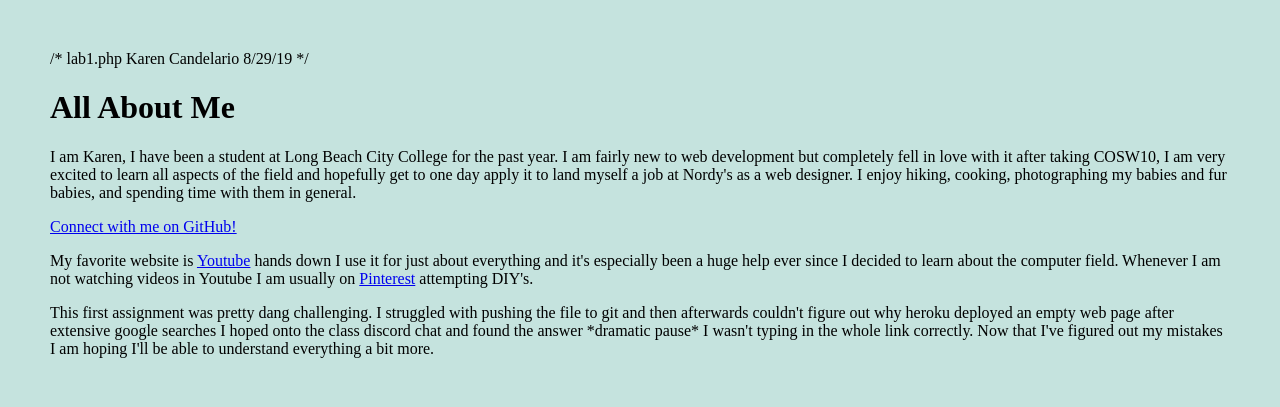
Repository: lilliebee/COSW30
Page: http://localhost/labwork/lab1.php
The author's editor kept a record of every edit. The page is drawn from the files as they stood at one moment, then again after the next edit.
The browser window is 1280 px wide. The pictures show the whole page.
The page is run by PHP 8.4 with error messages shown; the project is at /var/www/html/.

Above is the page before.

### labwork/lab1.php
<!DOCTYPE html>
<html>
    <head>
        <title>Labwork 1:Hello World</title>
        /* lab1.php
        Karen Candelario
        8/29/19 */

        <style type="text/css">
            body {
                background-color:#c5e3de;
                font: Arial;
                margin:50px;

            }
        </style>
    </head>
    <body>

        <h1>All About Me</h1>
        <p>I am Karen, I have been a student at Long Beach City College for the past year. I am fairly new to web development but completely fell in love with it after taking COSW10, I am very excited to learn all aspects of the field and hopefully get to one day apply it to land myself a job at Nordy's as a web designer. I enjoy hiking, cooking, photographing my babies and fur babies, and spending time with them in general.  </p>
        <a href="https://github.com/lilliebee">Connect with me on GitHub!</a>




<?php
print "<p>My favorite website is <a href=\"http://www.youtube.com\">Youtube</a> hands down I use it for just about everything and it's especially been a huge help ever since I decided to learn about the computer field. Whenever I am not watching videos in Youtube I am usually on <a href=\"http://www.pinterest.com\">Pinterest</a> attempting DIY's.</p>";
print "<p> This first assignment was pretty dang challenging. I struggled with pushing the file to git and then afterwards couldn't figure out why heroku deployed an empty web page after extensive google searches I hoped onto the class discord chat and found the answer *dramatic pause* I wasn't typing in the whole link correctly. Now that I've figured out my mistakes I am hoping I'll be able to understand everything a bit more."
?>







    </body>
</html>

After the next edit:
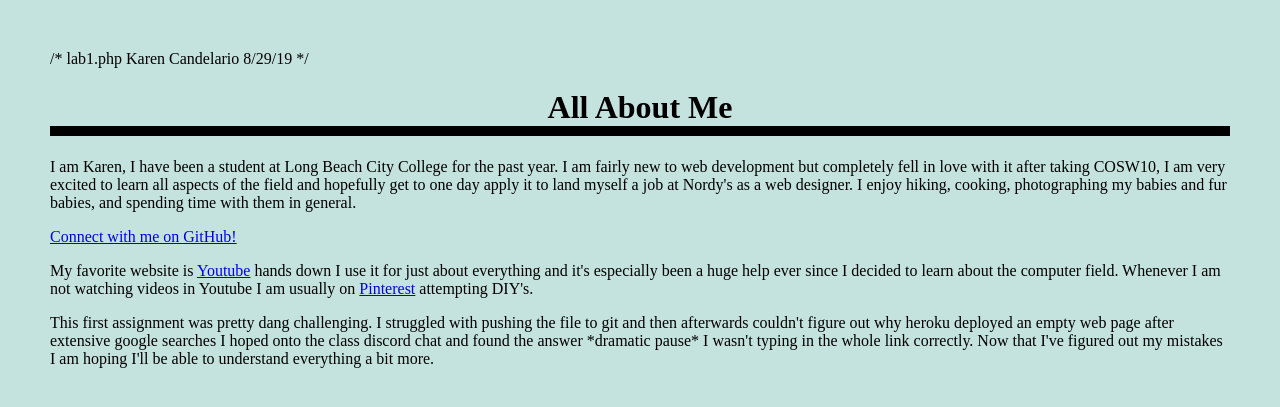
The edit:
--- a/labwork/lab1.php
+++ b/labwork/lab1.php
@@ -12,6 +12,13 @@
                 font: Arial;
                 margin:50px;
 
+            }
+
+            h1 {
+                text-align:center;
+                border-bottom: 10px;
+                border-bottom-color: black;
+                border-bottom-style: solid;
             }
         </style>
     </head>
